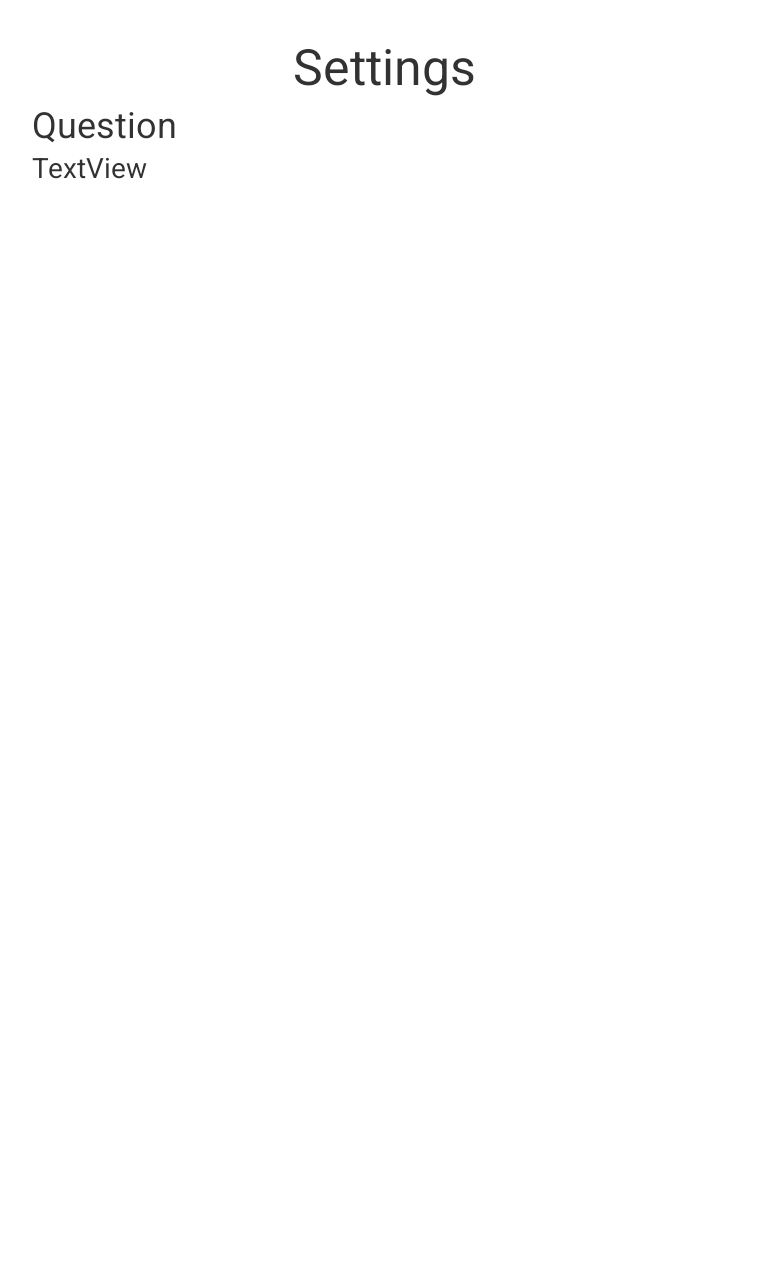
Repository: dsu1995/CountryQuiz
Layout: CountryQuiz/res/layout/activity_main.xml
An editor plug-in stored every save of this project. The layout is shown before and after the next save, followed by the edit.
It is drawn on a 768 x 1280 px phone screen (xhdpi) without system bars, with theme AppTheme; the app's code is not run.

Above is the layout before, as saved 2013-05-18 18:59:00.

### CountryQuiz/res/layout/activity_main.xml
<TableLayout xmlns:android="http://schemas.android.com/apk/res/android"
    xmlns:tools="http://schemas.android.com/tools"
    android:id="@+id/TableLayout1"
    android:layout_width="match_parent"
    android:layout_height="match_parent"
    android:orientation="horizontal"
    android:paddingBottom="@dimen/activity_vertical_margin"
    android:paddingLeft="@dimen/activity_horizontal_margin"
    android:paddingRight="@dimen/activity_horizontal_margin"
    android:paddingTop="@dimen/activity_vertical_margin"
    android:stretchColumns="0"
    tools:context=".MainActivity" >

    <TextView
        android:id="@+id/settingsTextView"
        android:layout_width="wrap_content"
        android:layout_height="wrap_content"
        android:gravity="center_horizontal"
        android:text="@string/settings_text"
        android:textSize="25sp" />

    <TextView
        android:id="@+id/questionTextView"
        android:layout_width="wrap_content"
        android:layout_height="wrap_content"
        android:text="@string/question_text"
        android:textSize="18sp" />

    <TextView
        android:id="@+id/textView1"
        android:layout_width="wrap_content"
        android:layout_height="wrap_content"
        android:text="TextView" />

</TableLayout>

### CountryQuiz/res/values/strings.xml
<?xml version="1.0" encoding="utf-8"?>
<resources>

    <string name="app_name">David Su Country Quiz</string>
    <string name="action_settings">Settings</string>
    <string name="settings_text">Settings</string>
    <string name="question_text">Question </string>
    <string name="question_type_text">Question Type</string>
    <string name="answer_text">Answer</string>
    <string name="answer_type_text">Answer Type</string>
    <string name="start_text">Start</string>
    <string name="title_activity_game">Country Quiz</string>
    <string name="restart_string">Restart Quiz</string>

    <string-array name="question_array">
        <item>Country (10 points)</item>
        <item>Capital City (10 points)</item>
        <item>Flag (20 points)</item>
        <item>Country Marked on Map (20 points)</item>
    </string-array>
    <string-array name="question_type_array">
        <item>Text (0 points)</item>
        <item>Speech (5 points)</item>
    </string-array>
    <string-array name="answer_array">
        <item>Country (10 points)</item>
        <item>Capital City (10 points)</item>
        <item>Continent (5 points)</item>
    </string-array>
    <string-array name="answer_type_array">
        <item>Keyboard (5 points)</item>
        <item>Multiple Choice(0 points)</item>
    </string-array>

    <string name="points_string">&quot;Points Earned per Question: &quot;</string>
    <string name="invalid_string">Invalid Selection</string>
    <string name="tts_button_string">Press Button to Hear Question</string>
    <string name="skip_question_string">Skip this Question</string>
    <string name="country_string">Country: </string>
    <string name="capital_answer_hint_string">Enter the capital here</string>
    <string name="incorrect_answer_string">Incorrect Answer!</string>
    <string name="ok_string">OK</string>
    <string name="correct_answer_string">Correct!</string>
    <string name="reveal_answer_string">The correct answer is: </string>
    <string name="score_string">Score:</string>
    <string name="summary_string">You finished the game with a score of: %1$s. \n Congratulations! You are at a Grade %2$s level.</string>
    <string name="title_activity_summary">Post-Quiz Report</string>
    <string name="capital_string">Capital:</string>
    <string name="country_answer_hint_string">Enter the country</string>
    <string name="country_tts_button_string">Tap to hear country name</string>
    <string name="capital_tts_button_string">Tap to hear capital city name</string>
    <string name="continent_answer_hint_string">Enter the continent here</string>
    <string name="flag_string">Flag</string>
    <string-array name="continents_array">
        <item >Asia</item>
        <item >Africa</item>
        <item >North America</item>
        <item >South America</item>
        <item >Europe</item>
        <item >Oceania</item>
    </string-array>

</resources>

Loaded but not shown: CountryQuiz/res/values/styles.xml (common file); CountryQuiz/res/values-v11/styles.xml (common file); CountryQuiz/res/values-v14/styles.xml (common file); CountryQuiz/res/values/dimens.xml (common file)

After the next save:
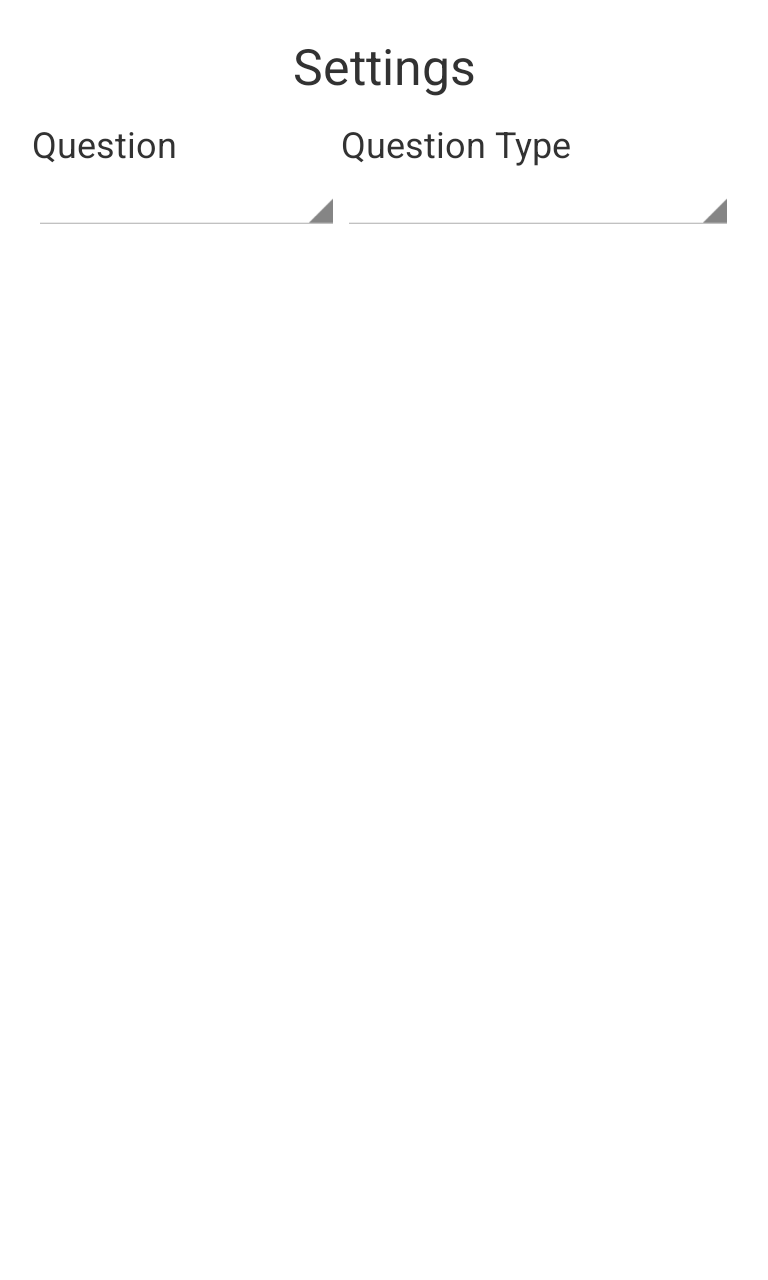
Saved 20 h 51 min later.
--- a/CountryQuiz/res/layout/activity_main.xml
+++ b/CountryQuiz/res/layout/activity_main.xml
@@ -8,28 +8,54 @@
     android:paddingLeft="@dimen/activity_horizontal_margin"
     android:paddingRight="@dimen/activity_horizontal_margin"
     android:paddingTop="@dimen/activity_vertical_margin"
-    android:stretchColumns="0"
+    android:stretchColumns="0,1"
     tools:context=".MainActivity" >
 
     <TextView
         android:id="@+id/settingsTextView"
         android:layout_width="wrap_content"
         android:layout_height="wrap_content"
+        android:layout_marginBottom="10dp"
         android:gravity="center_horizontal"
         android:text="@string/settings_text"
         android:textSize="25sp" />
 
-    <TextView
-        android:id="@+id/questionTextView"
+    <TableRow
+        android:id="@+id/tableRow1"
         android:layout_width="wrap_content"
-        android:layout_height="wrap_content"
-        android:text="@string/question_text"
-        android:textSize="18sp" />
+        android:layout_height="wrap_content" >
 
-    <TextView
-        android:id="@+id/textView1"
+        <TextView
+            android:id="@+id/questionTextView"
+            android:layout_width="wrap_content"
+            android:layout_height="wrap_content"
+            android:text="@string/question_text"
+            android:textSize="18sp" />
+
+        <TextView
+            android:id="@+id/questionTypeTextView"
+            android:layout_width="wrap_content"
+            android:layout_height="wrap_content"
+            android:text="@string/question_type_text"
+            android:textSize="18sp" />
+
+    </TableRow>
+
+    <TableRow
+        android:id="@+id/tableRow2"
         android:layout_width="wrap_content"
-        android:layout_height="wrap_content"
-        android:text="TextView" />
+        android:layout_height="wrap_content" >
+
+        <Spinner
+            android:id="@+id/questionSpinner"
+            android:layout_width="fill_parent"
+            android:layout_height="wrap_content" />
+
+        <Spinner
+            android:id="@+id/questionTypeSpinner"
+            android:layout_width="fill_parent"
+            android:layout_height="wrap_content" />
+
+    </TableRow>
 
 </TableLayout>
